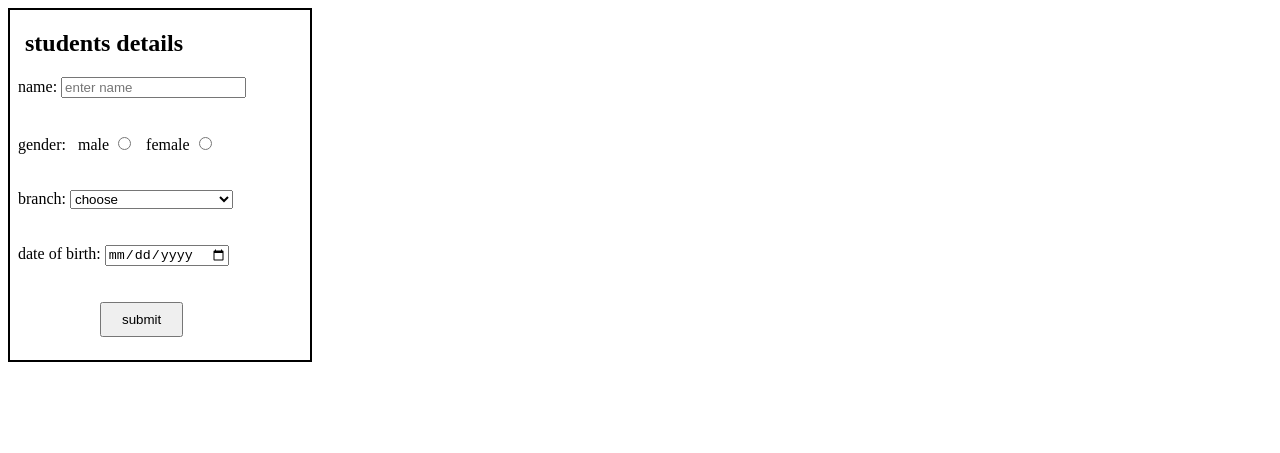
Repository: netravatih-paycorp/Assignments
Page: http://localhost/SpringMvc/home.jsp
An editor plug-in stored every save of this project. The page is shown before and after the next save, followed by the edit.
The browser window is 1280 px wide. The pictures show the whole page.
The page is served by Tomcat 10.

Above is the page before, as saved 2023-07-21 06:57:30.

After the next save:
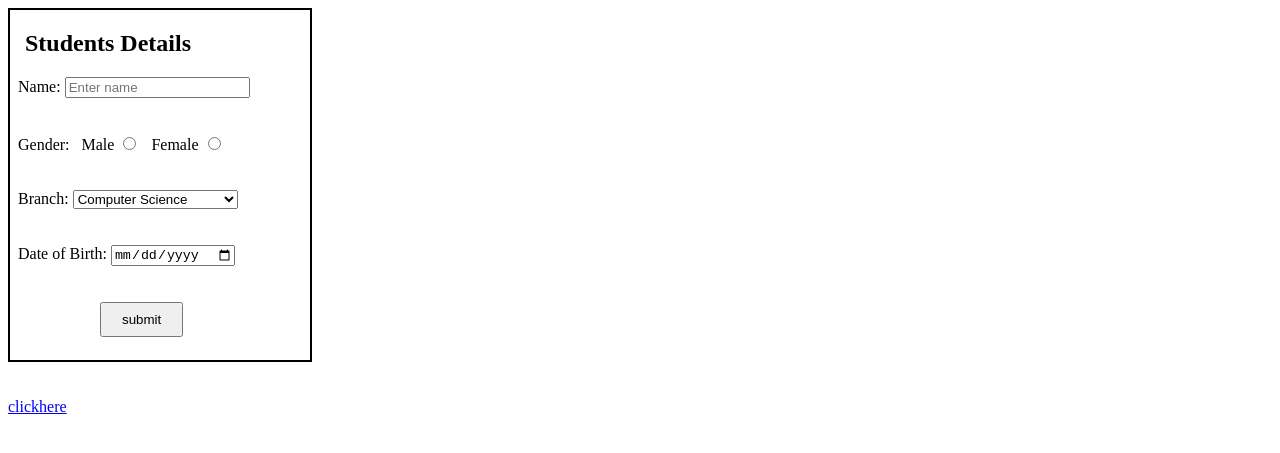
Saved 99 s later.
--- a/SpringMvc/src/main/webapp/home.jsp
+++ b/SpringMvc/src/main/webapp/home.jsp
@@ -25,6 +25,7 @@ function validateDate()
         border: 2px solid black;
         height:350px;
         width:300px;
+        align:center;
 
 
 }
@@ -46,42 +47,42 @@ button
 
 <body>
 <div class="h">
-    <form action="save" method="post" id="saveform" >
-    <h2 style="margin-left:15px;"> students details</h2>
+    <form action="save" method="post" id="saveForm" >
+     <h2 style="margin-left:15px;"> Students Details</h2>
 
-	<label>name:</label>
-    <input type="text" name="name" placeholder="enter name">
+	<label>Name:</label>
+    <input type="text" name="name" placeholder="Enter name">
 		<br>
 		<br><br>
 
-		<label>gender:</label>
-		<label>male</label>	<input type="radio" name="gender" value="male">
-		<label>female</label>	<input type="radio" name="gender" value="female">
+		<label>Gender:</label>
+		<label>Male</label>	<input type="radio" name="gender" value="male">
+		<label>Female</label>	<input type="radio" name="gender" value="female">
 		 <br>
 		 <br><br>
 
-		 <label>branch:</label>
+		 <label>Branch:</label>
 		 <select  name="branch" >
-		   <option> choose </option>
-           <option>computer science</option>
-           <option>electrical engineering</option>
-           <option >mechanical engineering</option>
-           <option>civil engineering</option>
-           <option>e&c engineering</option>
+           <option>Computer Science</option>
+           <option>Electrical Engineering</option>
+           <option >Mechanical Engineering</option>
+           <option>Civil Engineering</option>
+           <option>E&C Engineering</option>
            </select>
        <br>
        <br><br>
 
-       <label>date of birth:</label>
+       <label>Date of Birth:</label>
 		 <input type="date" id="DOB" name="DOB" >
         <br>
         <br><br>
 
-		<button onclick="validatedate()" type="button">submit</button>
+		<button onClick="validateDate()" type="button">submit</button>
 	</form>
 
-	</div>
+</div>
+	<br><br>
 
-
+   <a href="get.jsp">clickhere</a>
 </body>
 </html>
